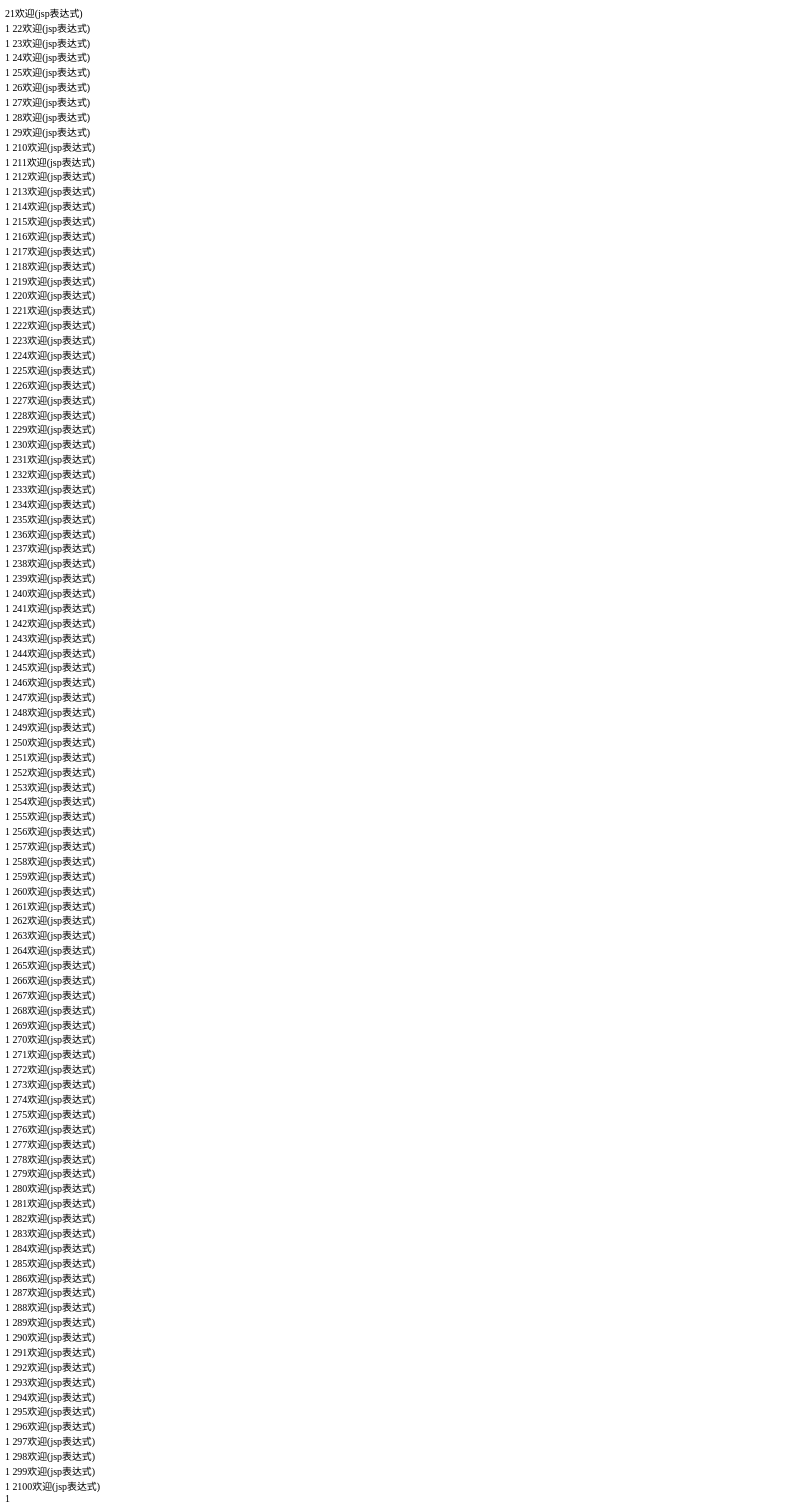
Repository: Matty-GCU/MyEclipse
Page: http://localhost/Java_Web_Learning/chapter04_JSP/homework/4.99hw2.jsp
The author's editor kept a copy of each file at every save. The page is drawn from the files as they stood at one save, then again after the next save.
The browser window is 1280 px wide. The pictures show the whole page, at 62% of full size.
The page is served by Tomcat 9.

Above is the page before, as saved 2021-10-03 07:36:37.

### Java_Web_Learning/WebRoot/chapter04_JSP/homework/4.99hw2.jsp
<%@ page language="java" contentType="text/html; charset=UTF-8"
    pageEncoding="UTF-8"%>
<!DOCTYPE html PUBLIC "-//W3C//DTD HTML 4.01 Transitional//EN" "http://www.w3.org/TR/html4/loose.dtd">
<html>
	<head>
		<meta http-equiv="Content-Type" content="text/html; charset=UTF-8">
		<title>Insert title here</title>
	</head>
	<body>
		<%
			for(int i = 1; i <= 100; i++) {
		%>
			2<%=i + "欢迎(jsp表达式)<br>"%>1
		<%
			}
		%>
	</body>
</html>

After the next save:
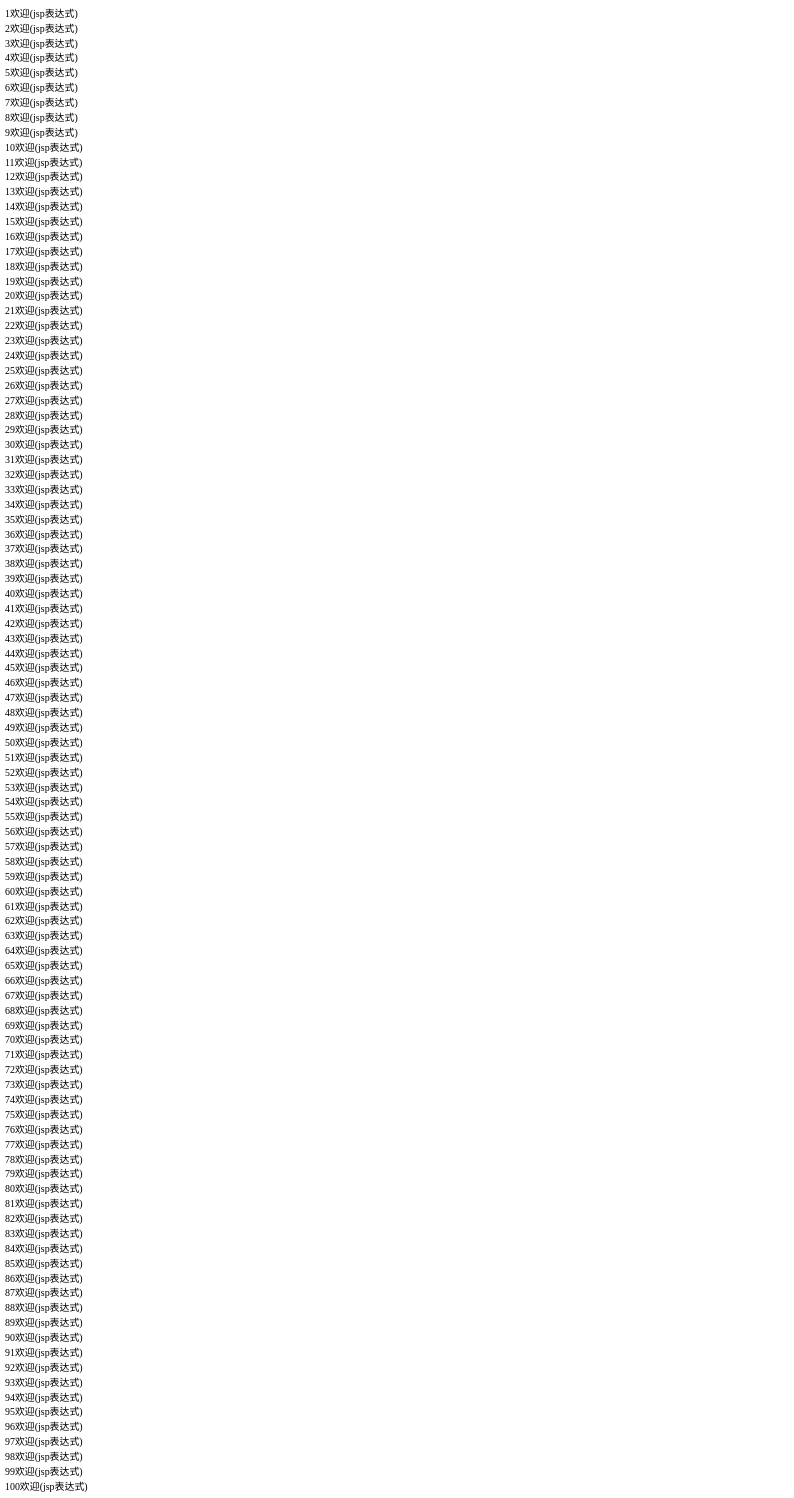
Saved 16 s later.
--- a/Java_Web_Learning/WebRoot/chapter04_JSP/homework/4.99hw2.jsp
+++ b/Java_Web_Learning/WebRoot/chapter04_JSP/homework/4.99hw2.jsp
@@ -10,7 +10,7 @@
 		<%
 			for(int i = 1; i <= 100; i++) {
 		%>
-			2<%=i + "欢迎(jsp表达式)<br>"%>1
+			<%=i + "欢迎(jsp表达式)<br>"%>
 		<%
 			}
 		%>
